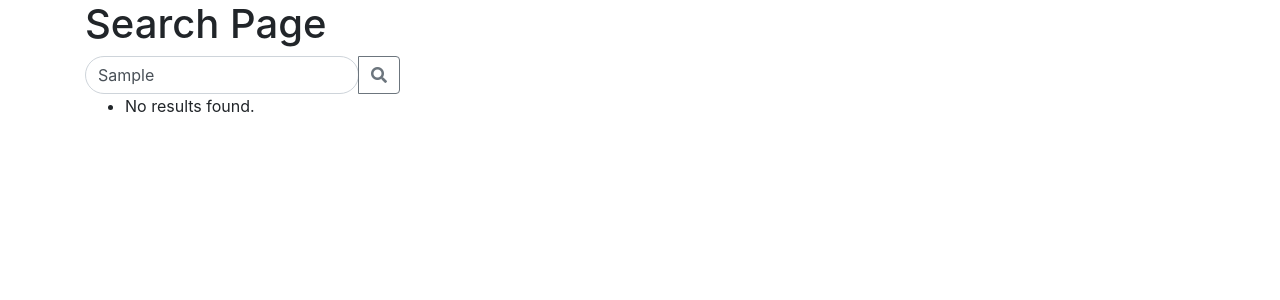
Repository: roistyx/ask-ChatGBT-travel-recommendations
Page: Backend/src/views/index.html
The author's editor kept a copy of each file at every save. The page is drawn from the files as they stood at one save, then again after the next save.
The browser window is 1280 px wide. The pictures show the whole page.
Empty fields were first filled with sample values (such as "Sample", 5 or name@example.com).
After loading, the first visible `#search-bar` was changed once.

Above is the page before, as saved 2023-03-19 11:15:50.

After the next save:
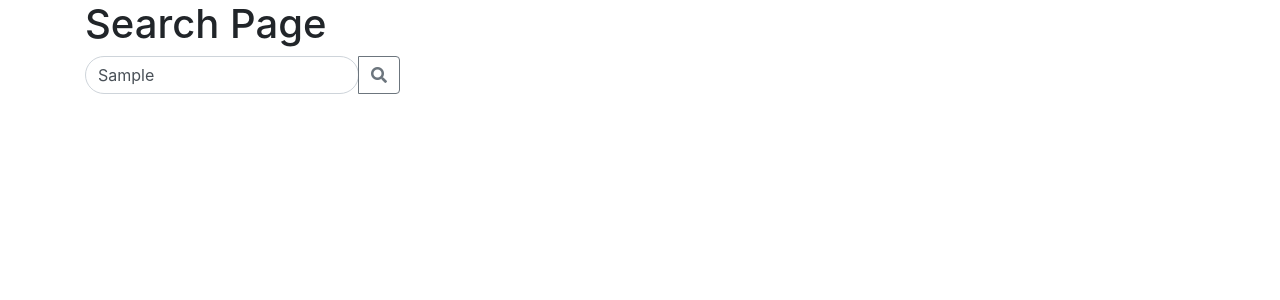
Console error: ReferenceError: filteredResults is not defined
Saved 5 min 24 s later.
--- a/Backend/src/views/index.html
+++ b/Backend/src/views/index.html
@@ -43,44 +43,30 @@
     <script src="https://stackpath.bootstrapcdn.com/bootstrap/4.5.2/js/bootstrap.min.js"></script>
 
     <script>
-        async function search() {
-            const query = document.getElementById('search-bar').value;
-            // const response = await fetch(`/search?query=${query}`);
-            // const results = await response.json();
-            console.log(query);
-            renderResults(results);
+        async function search(query) {
+            console.log(query)
+            // const response = await fetch('http://localhost:4000/free-search', {
+            //     method: 'POST',
+            //     headers: {
+            //         'Content-Type': 'application/json'
+            //     },
+            //     body: JSON.stringify({
+            //         query: 'test'
+            //     })
+            // });
         }
+        const searchBar = document.getElementById('search-bar');
+        const searchResults = document.getElementById('search-results');
 
-        $(document).ready(function () {
-            // Mock search results array
-            var mockResults = [
-                { title: 'Result 1', url: '#' },
-                { title: 'Result 2', url: '#' },
-                { title: 'Result 3', url: '#' },
-                { title: 'Result 4', url: '#' },
-                { title: 'Result 5', url: '#' },
-                { title: 'Result 6', url: '#' }
-            ];
+        searchBar.addEventListener('keyup', (e) => {
+            const searchString = e.target.value.toLowerCase();
 
-            $('#search-bar').on('keyup', function () {
-                var query = $(this).val().toLowerCase();
-                var filteredResults = mockResults.filter(function (result) {
-                    return result.title.toLowerCase().indexOf(query) > -1;
-                });
-                renderResults(filteredResults);
+
+
+            searchResults.innerHTML = '';
+            filteredResults.forEach((result) => {
+                searchResults.appendChild(result);
             });
-
-            function renderResults(results) {
-                var $searchResults = $('#search-results');
-                $searchResults.empty();
-                if (results.length === 0) {
-                    $searchResults.append('<li>No results found.</li>');
-                } else {
-                    results.forEach(function (result) {
-                        $searchResults.append('<li><a href="' + result.url + '">' + result.title + '</a></li>');
-                    });
-                }
-            }
         });
     </script>
 </body>
